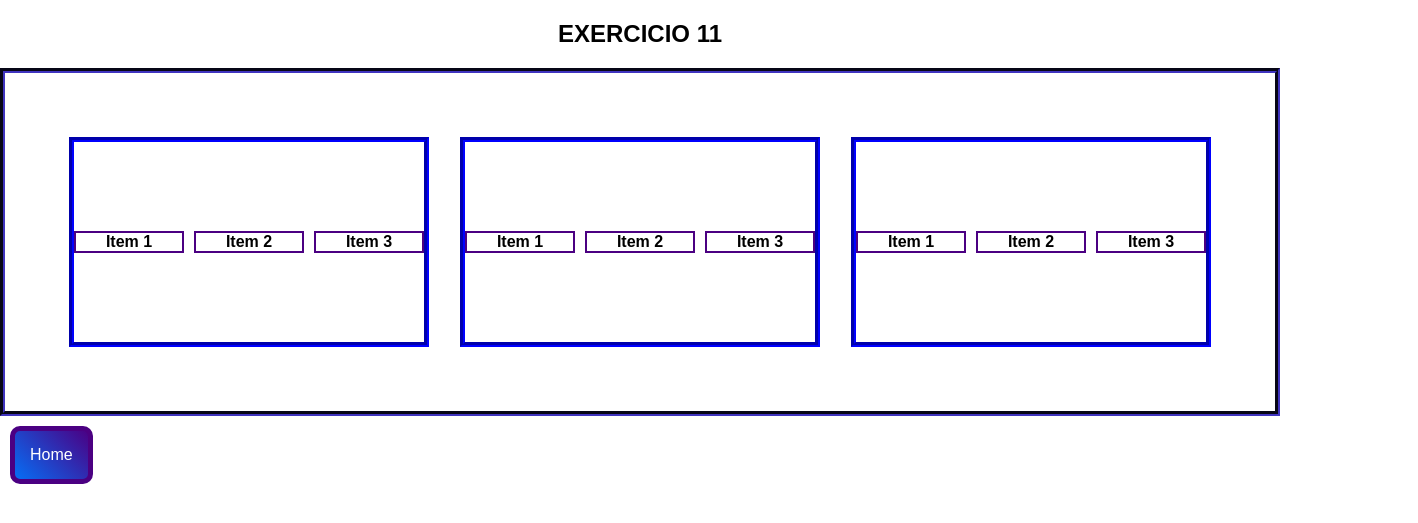
Repository: Elianmrey/TP1-Mobile-First
Page: EXERCISES/EX_11/index.html
An editor plug-in stored every save of this project. The page is shown before and after a run of saves, followed by the edit.
The browser window is 1280 px wide. The page is 1280 px wide, then 1418 px, then 1280 px, so the pictures cover 1418 px, including what lies to the right of the window. The pictures show the whole page.

Above is the page before, as saved 2024-08-04 22:38:50.

### EXERCISES/EX_11/index.html
<!DOCTYPE html>
<html lang="en">

<head>
  <link href="style.css" rel="stylesheet" type="text/css" />
  <meta charset="UTF-8">
  <meta name="viewport" content="width=device-width, initial-scale=1.0">
  <title>Document</title>
</head>
<body>

  <div class="titulo">
    <h2>EXERCICIO 11</h2>
  </div>

  <div class="container-principal">

    <div class="container-horizontais">

  <div class="item">Item 1</div>
  <div class="item">Item 2</div>
  <div class="item">Item 3 </div>

</div>

<div class="container-horizontais">

<div class="item">Item 1</div>
<div class="item">Item 2</div>
<div class="item">Item 3 </div>
</div>

<div class="container-horizontais">

  <div class="item">Item 1</div>
  <div class="item">Item 2</div>
  <div class="item">Item 3 </div>
</div>

  </div>
<a href="/../index.html" class="link-home">Home</a>
</body>

</html>

### EXERCISES/EX_11/style.css
body
{
margin: 0;
padding: 0;
font-family: sans-serif;
}
.titulo
{
  text-align: center;
}

.container-principal
{
  display: flex;
  justify-content: space-between;
  gap: 10px;
  border: groove 5px rgb(36, 29, 107);
  padding: 5%;
  width: auto;
}
.container-horizontais
{
  display: flex;
  flex-direction: row;
  border: groove 5px blue;
  gap: 10px;
  width: 350px;
  height: 200px;
  justify-content: center;
  align-items: center;
}

 .item
 {
display: flex;
justify-content: center;
width: 200px;
list-style: none;
font-family: sans-serif;
font-weight: 600;
border: solid 2px indigo;
}

.link-home
{
  position: absolute;
  margin: 10px;
  padding: 15px;
  text-decoration: none;
  color: white;
  border: solid 5px indigo;
  border-radius: 10px;;
  background: linear-gradient(45deg, rgb(6, 110, 245), rgb(74, 1, 133))
}

After the next 3 saves:
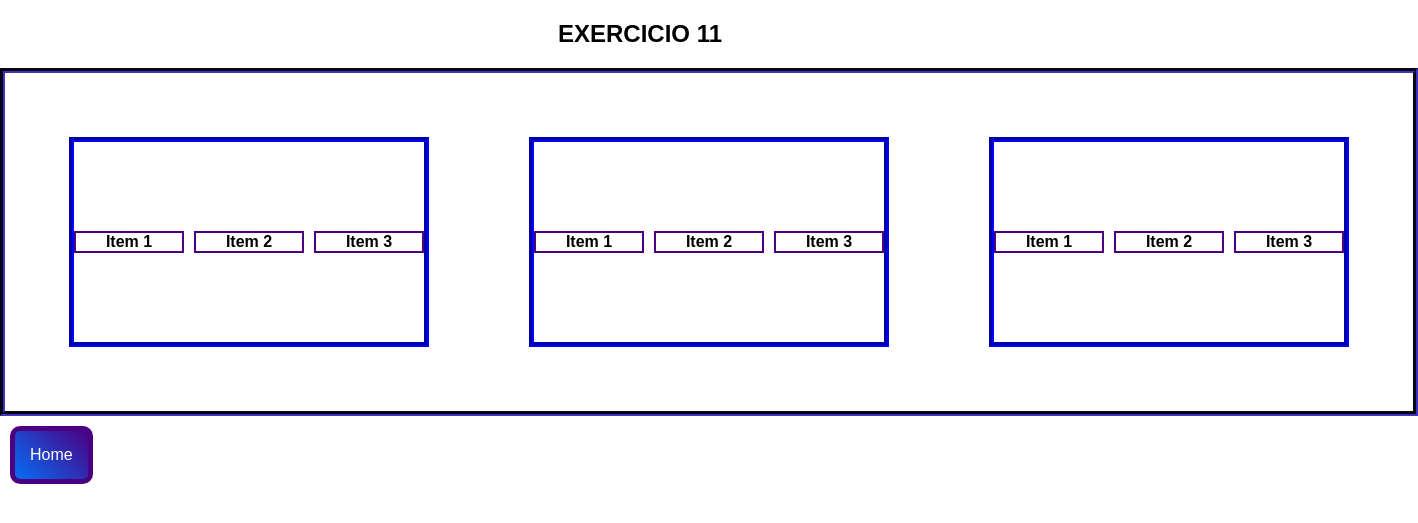
The 3 saves are shown as one change because they came seconds apart.
The last was saved 10 s later.
--- a/EXERCISES/EX_11/style.css
+++ b/EXERCISES/EX_11/style.css
@@ -16,7 +16,7 @@
   gap: 10px;
   border: groove 5px rgb(36, 29, 107);
   padding: 5%;
-  width: auto;
+  width: 100VW;
 }
 .container-horizontais
 {

After the 4 saves that followed:
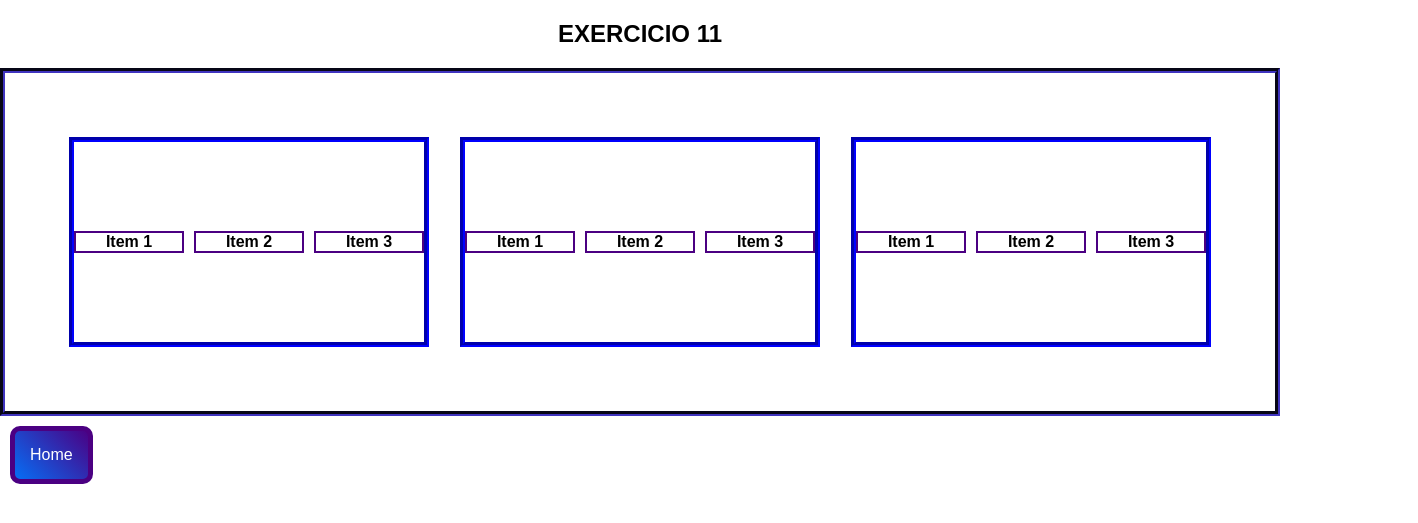
The 4 saves are shown as one change because 1 left the picture as it was and some came seconds apart.
The last was saved 31 s later.
--- a/EXERCISES/EX_11/style.css
+++ b/EXERCISES/EX_11/style.css
@@ -16,7 +16,7 @@
   gap: 10px;
   border: groove 5px rgb(36, 29, 107);
   padding: 5%;
-  width: 100VW;
+  width: ;
 }
 .container-horizontais
 {
